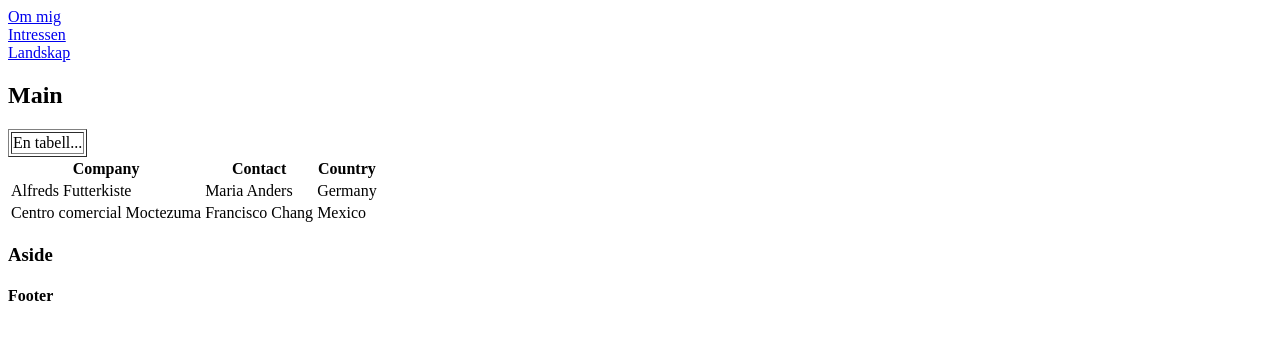
Repository: Webutveckling-20-21/Uppgift-1
Page: om foreningen.html
The author's editor kept a copy of each file at every save. The page is drawn from the files as they stood at one save, then again after the next save.
The browser window is 1280 px wide. The pictures show the whole page.

Above is the page before, as saved 2021-09-06 16:37:11.

### om foreningen.html
<!-- Här alla måsten i huvudet såsom språk och språkkodning mm -->
<!DOCTYPE html>
<html lang="sv">

<head>
    <meta charset="UTF-8">
    <meta name="viewport" content="width=device-width, initial-scale=1.0">
    <title>Intressen</title>
</head>

<body>
    <header>
        <!-- Här läggs alla länkar-->
        <a href="blogg.html">Om mig</a><br>
        <a href="verksamheten.html">Intressen</a> <br>
        <a href="medlemskap.html">Landskap</a> <br>

    </header>
    <main>
        <h2>Main</h2>
         <table border="1">
<tr>
<td>En tabell...</td>
</tr>
</table border="1">
 <table>
  <tr>
    <th>Company</th>
    <th>Contact</th>
    <th>Country</th>
  </tr>
  <tr>
    <td>Alfreds Futterkiste</td>
    <td>Maria Anders</td>
    <td>Germany</td>
  </tr>
  <tr>
    <td>Centro comercial Moctezuma</td>
    <td>Francisco Chang</td>
    <td>Mexico</td>
  </tr>
</table>

    </main>
    <aside>
        <h3>Aside</h3>

    </aside>
    <footer>
        <h4>Footer</h4>



    </footer>




</body>

</html>

After the next save:
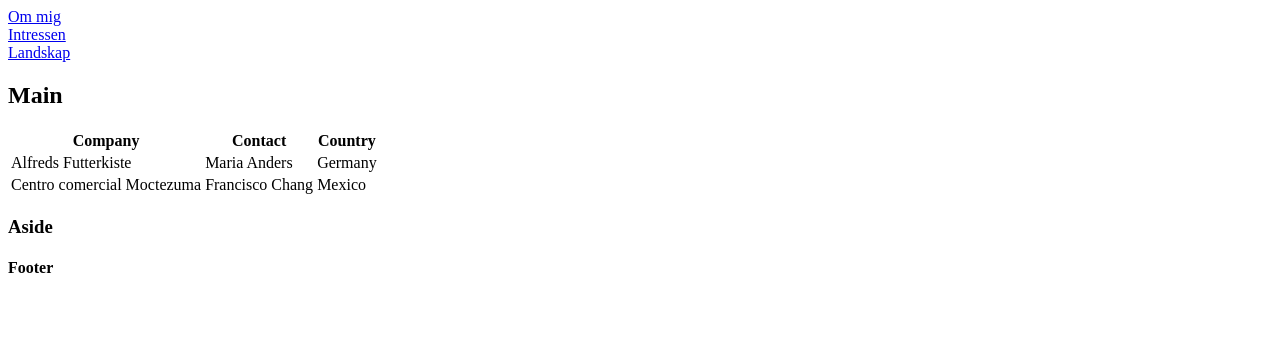
Saved 17 s later.
--- a/om foreningen.html
+++ b/om foreningen.html
@@ -18,10 +18,7 @@
     </header>
     <main>
         <h2>Main</h2>
-         <table border="1">
-<tr>
-<td>En tabell...</td>
-</tr>
+
 </table border="1">
  <table>
   <tr>
